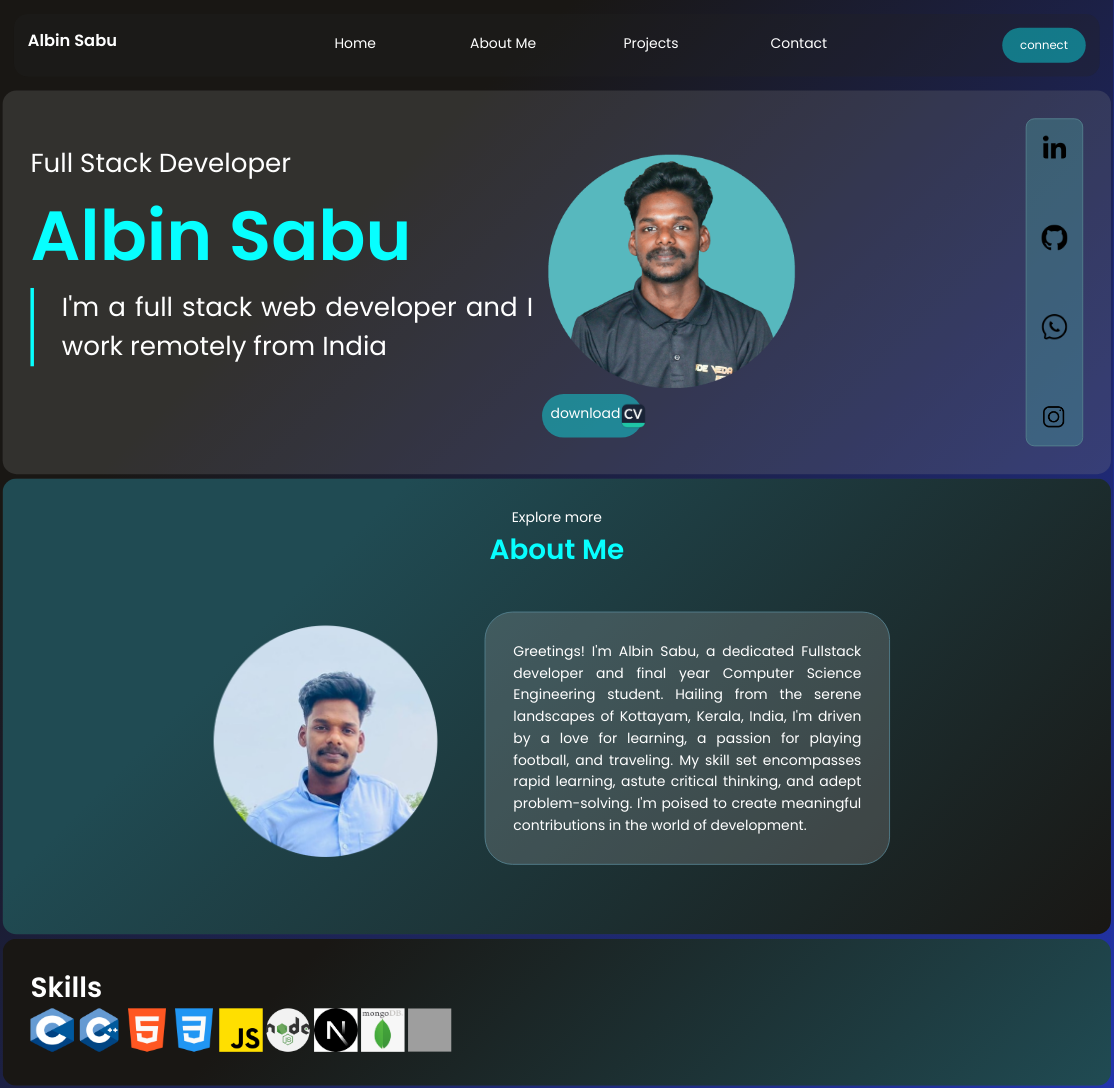
Repository: albinsabu2023/personalwebsite
Page: index.html
The author's editor kept a copy of each file at every save. The page is drawn from the files as they stood at one save, then again after the next save.
The browser window is 1280 px wide. The pictures show the whole page, at 87% of full size.
Pictures or frames that could not be fetched are drawn as grey boxes.

Above is the page before, as saved 2023-09-03 19:42:53.

### index.html
<!DOCTYPE html>
<html lang="en">
<head>
    <meta charset="UTF-8">
    <meta name="viewport" content="width=device-width, initial-scale=1.0">
    <title>Document</title>
    <link rel="stylesheet" href="style.css">
    <link rel="stylesheet" href="media.css">
</head>
<body>
    <nav id="hero">
        <h3 class="title">Albin Sabu</h3>
        <ul>
            <li class><a href="#home">Home</a></li>
            <li><a href="#about">About Me</a></li>
            <li><a href="#project">Projects</a></li>
            <li><a href="#contact">Contact</a> </li>
        </ul>

        <button class="btn-connect">connect</button>
    </nav>
    <nav id="hamburger-nav">
        <div clas="logo"> ALBIN SABU</div>

        <button class="btn-connect">connect</button>
        <div class="hamburger-menu">
            <div class="hamburger-icon" onclick="toggleMenu()">
                <span></span>
                <span></span>
                <span></span>
            </div>

            <div class="menu-links">
                <li class><a href="#home" onclick="toggleMenu()">Home</a></li>
                <li><a href="#about" onclick="toggleMenu()">About Me</a></li>
                <li><a href="#project" onclick="toggleMenu()">Projects</a></li>
                <li><a href="#contact" onclick="toggleMenu()">Contact</a> </li>
            </div>

        </div>




    </nav>
    <div class="portfolio__body">
        <div id="home">

            <div class="profile__text">

                <p>Full Stack Developer</p>
                <h1>Albin Sabu</h1>
                <div class="profile__detail">
                    <span class="line"> </span>
                    <p class="profile__detail__p2">I'm a full stack web developer and I work remotely from India</p>

                </div>

            </div>
            <div class="profile__img">
                <img src="./assets/albin.png" class="profile" alt="profile">
                <div class="cv__btn" onclick="window.open('./assets/ALBIN SABU.pdf')">
                    <p>download</p>
                    <img src="./assets/cv.png" alt="cv" class="cv">
                </div>
            </div>

            <div class="profile__links">
                <img src="./assets/linkedin.png" alt="">
                <img src="./assets/github.png" alt="">
                <img src="./assets/whatsapp.png" alt="">
                <img src="./assets/insta.png" alt="">
            </div>
        </div>
        <div id="about">
            <div class="about__header">
                <p>Explore more</p>
                <h1 class="title">About Me</h1>
            </div>
            <div class="about__container">
                <div class="about__img">
                    <img src="./assets/about-pic.png" alt="">
                </div>
                <div class="about__details">
                    <p>Greetings! I'm Albin Sabu, a dedicated Fullstack developer and final year Computer Science Engineering
                        student. Hailing
                        from the serene landscapes of Kottayam, Kerala, India, I'm driven by a love for learning, a passion for
                        playing
                        football, and traveling. My skill set encompasses rapid learning, astute critical thinking, and adept
                        problem-solving.
                        I'm poised to create meaningful contributions in the world of development.</p>
                </div>
            </div>


        </div>
        <div id="skill">
            <h1 class="title">Skills</h1>
            <div class="skill__container">
                <div class="skill__img">
                    <img src="./assets/c.png" alt="skill">
                    <img src="./assets/cpp.png" alt="skill">
                    <img src="./assets/html.png" alt="skill">
                    <img src="./assets/css-3.png" alt="skill">
                    <img src="./assets/js.png" alt="skill">
                    <img src="./assets/nodejs.png" alt="skill">
                    <img src="./assets/next.png" alt="skill">
                    <img src="./assets/mongodb.png" alt="skill">
                    <img src="./assets/React.png" alt="skill">

                </div>

            </div>

        </div>
    </div>

    <script src="index.js"></script>
</body>
</html>

### style.css
@import url('https://fonts.googleapis.com/css2?family=Poppins:ital,wght@0,300;0,400;0,500;0,600;1,300;1,500;1,600&display=swap');
*{
    margin:0;
    font-family: 'Poppins', sans-serif;

}
body{

    color: white;
    margin-top: 1rem;

    background-color: #2234ae;

    background-image: linear-gradient(315deg, #2234ae 0%, #191714 74%);

}
nav{
    position: sticky;
    z-index: 0;
    display: flex;
    padding: 1rem;
    margin: 1rem;
    background-color: rgba(34, 34, 34, 0.3);
    border-radius: 1rem;
    justify-content: space-between;

}

nav ul{
    list-style-type: none;
    display: flex;
    gap: 2rem;
    justify-content: space-between;



}


nav ul li{
    padding: 5px;
    border-radius: 1rem;
    text-align: center;
    width: 8rem;



}
nav ul li a{
    text-decoration: none;
    color: white;
}
nav ul li a:hover{
    color: rgb(7, 255, 255);
}

.btn-connect{
    background: rgb(7, 255, 255,0.4);
    border: none;
    color: white;
    padding: 10px;
    border-radius: 3rem;
    width: 6rem;

}
.btn-connect:hover{
    background: rgb(7, 255, 255, 0.6);
}

#home{

    padding: 2rem;
    /* border: #56828f 1px solid; */
    border-radius: 1rem;
    display: flex;
    margin: 3px;
    background: rgba(128, 128, 128, 0.24);
}

.line{
    border: rgb(7, 255, 255) 2px solid;

}
.profile__text{
    width: 50vw;
    object-fit: contain;
    text-align: justify;
    margin-top: 30px;
}
.profile__text p{
    font-size:30px ;
}
.profile__text h1{
    color: rgb(7, 255, 255);
    font-size:80px ;

}
.profile__detail{
    display: flex;
    flex-direction: col;
    gap: 2rem;

}
.profile__detail p{
    font-size: 30px;
}
.profile__img{
    width: 50%;
    align-items: center ;
    padding: 10px;
}
.profile__img img{
    height: 300px;
    width: 300px;
    position: relative;
}

.profile__links{

    align-items: center;
    justify-content: space-between;
    padding: 1rem;
    border-radius: 10px;
    display: flex;
    flex-direction: column;
    border: #56828f 1px solid;
    background:rgba(74, 153, 153, 0.4);

}

.cv__btn{
    display: flex;
}
.profile__img .cv__btn{
    background: rgb(7, 255, 255, 0.4);
        border: none;
        color: white;
        padding: 10px;
        border-radius: 3rem;
        width: 6rem;

}
.profile__img .cv__btn:hover{
    background: rgba(75, 243, 243, 0.7);
}
.profile__img .cv__btn img{
    width: 30px;
    height: 30px;
}
.profile__links img{
    height: 30px;
    width: 30px;
    display: flex;
    border-radius: 10px;
    padding: 1px;


}
#hamburger-nav {
    display: none;
    align-items: center;
}

.hamburger-menu {
    position: relative;
    display: inline-block;
}

.hamburger-icon {
    display: flex;
    flex-direction: column;
    justify-content: space-between;
    height: 24px;
    width: 30px;
    cursor: pointer;
}

.hamburger-icon span {
    width: 100%;
    height: 2px;
    background-color: rgb(255, 255, 255);
    transition: all 0.3 ease-in-out;
}

.menu-links {
    position: absolute;
    top: 100%;
    right: 0%;
    width: fit-content;
    max-height: 0;
    overflow: hidden;
    transition: all 0.3 ease-in-out;
}

.menu-links {
    display: block;

    text-align: center;
    font-size: 1.5rem;
    color: rgb(248, 243, 243);
    text-decoration: none;
    transform: all 0.3 ease-in-out;
    background: rgba(172, 172, 172, 0.24);
    border-radius: 1rem;
}

.menu-links li  {
    list-style-type: none;

}



.menu-links li a{
    text-decoration: none;
    color: white;

}

.menu-links.open {
    max-height: 300px;
}

.hamburger-icon.open span:first-child {
    transform: rotate(45deg) translate(10px, 5px);
}

.hamburger-icon.open span:nth-child(2) {
    opacity: 0;
}

.hamburger-icon.open span:last-child {
    transform: rotate(-45deg) translate(10px, -5px);
}

.hamburger-icon span:first-child {
    transform: none;
}

.hamburger-icon span:first-child {
    opacity: 1;
}

.hamburger-icon span:first-child {
    transform: none;
}


#about{
    margin: 3px;
    margin-top: 5px;
    padding: 2rem;
    /* border: #56828f 1px solid; */
    border-radius: 1rem;
    display: flex;
    flex-direction: column;
    background: rgba(128, 128, 128, 0.24);
    background-image: linear-gradient(315deg,  #191714 0%,#204b53 74%);
    background-repeat:none ;
    background-size: cover;
}
.about__header{
    display: flex;
    flex-direction: column;
    align-items: center;
    justify-content: center;
}
.about__header h1{
    color: rgb(7, 255, 255);
}
.about__container{
    padding: 1rem;
    display: flex;
    align-items: center;
   justify-content: center;

}
.about__container img {
        width: 300px;
        height: 280px;
        border-radius: 1rem;
        margin: 0;

}


.about__details{
    text-align: justify;
     padding:2rem ;
    max-width: 400px;
    background: rgba(172, 172, 172, 0.24);
    border-radius:2rem ;
    border: #56828f 1px solid;
    margin: 2rem;
}
 .about__container img {

     border-radius: 1rem;

 }
 #skill{
    margin: 3px;
    margin-top: 5px;
    padding: 2rem;
        /* border: #56828f 1px solid; */
    border-radius: 1rem;
    display: flex;
    flex-direction: column;
    background: rgba(128, 128, 128, 0.24);
    background-image: linear-gradient(315deg,#204b53  0%, #191714 74%);
    background-repeat: none;
    background-size: cover;
 }
 .skill__container{
    display: flex;
    flex: wrap;
 }
 .skill__img img{
    width: 50px;
    height: 50px;
 }

### media.css
@media  screen and (max-width:600px) {
    body{
        background-size:cover;
    }

    #hero{
        display: none;
    }
    nav ul{
        flex-direction: column;
        display: none;


    }
    #home{
        margin: 4px;
        flex-direction: column;
        justify-content: center;


    }

    #hamburger-nav {
         display: flex;

    }

    .profile__text{
        width:80vw;
    }
    .profile__text p{
        font-size: small;
    }
    .profile__text h1{
        font-size: 60px;
    }

    .profile__img .cv__btn img{
    width: 30px;
    height: 30px;

    top: 36rem;
    }
    .profile__img .cv__btn:hover {
        background: none;
    }

    .profile__img img{
        padding: 3rem;
       width: 200px;
       height: 200px;
    }
    .profile__links{
        display: flex;
        flex-direction: row;
    }

        .profile__img .cv__btn p {
            display: none;

        }
        .profile__img .cv__btn{
            background: none;
        }
        .about__container{
            flex-direction: column;
        }
        .about__container img{
            width: 200px;
            height: 180px;
            border-radius: 1rem;
            margin: 0;
        }

        .about__details{
            width: 100%;
        }

        .about__details p {
            font-size: small;

        }


}

@media screen and (max-width:1200px){
    #home {
            margin: 4px;
            flex-direction: column;

        }
        .profile__links {
            display: flex;
            flex-direction: row;
        }

}
@media screen and (max-width:400px) {
    #home {
        margin: 4px;
        flex-direction: column;

    }

    .profile__links {
        display: flex;
        flex-direction: row;
        margin: 1rem;
    }
        .profile__img img {
            align-items: center;
        }
    .profile__img .cv__btn img {
        width: 30px;
        height: 30px;
        position: absolute;
        top: 36rem;
    }
    .profile__img .cv__btn p{
        display: none;
    }

}

Loaded but not shown: index.js (common file)

After the next save:
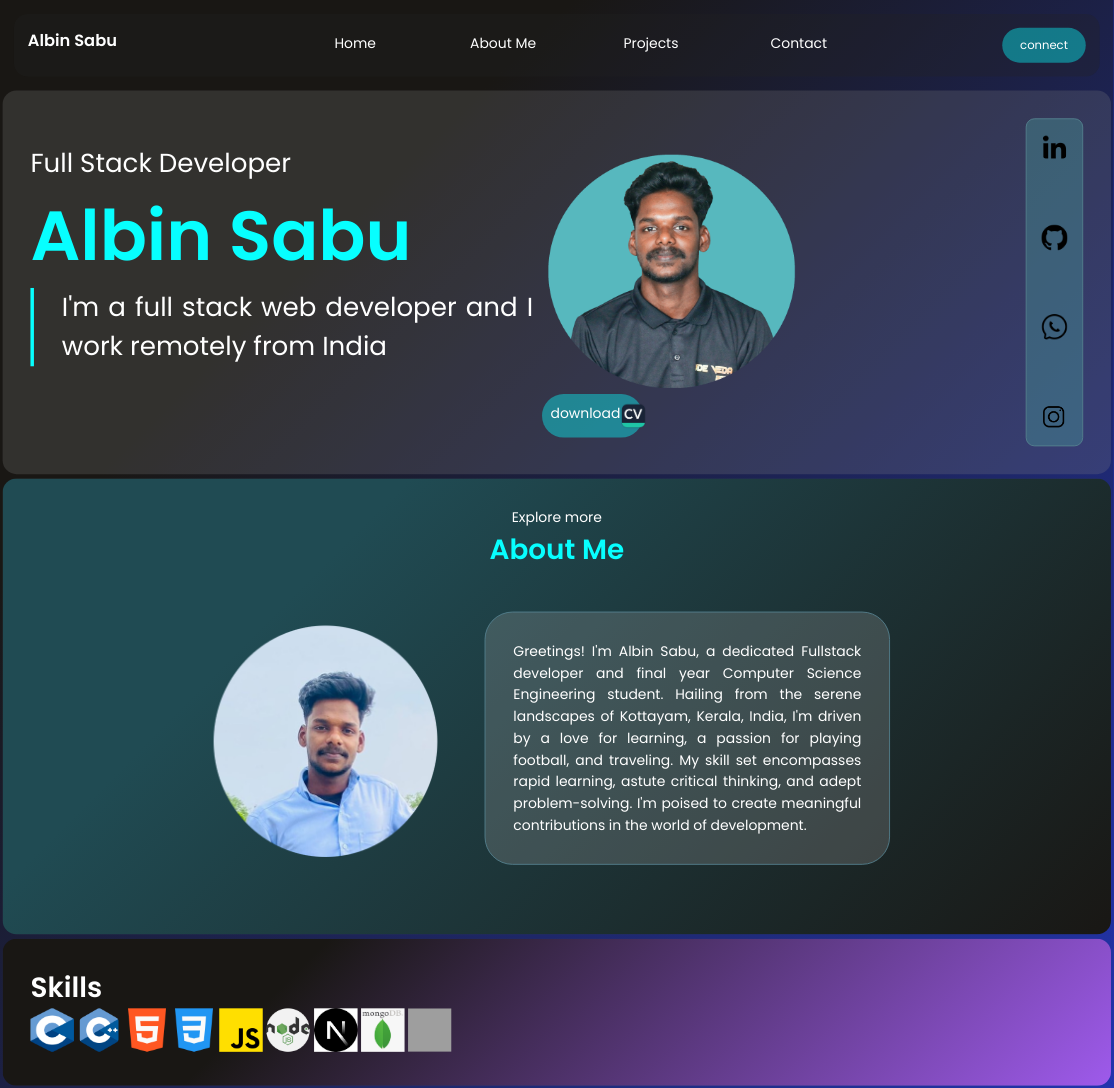
Saved 30 s later.
--- a/style.css
+++ b/style.css
@@ -307,7 +307,7 @@
     display: flex;
     flex-direction: column;
     background: rgba(128, 128, 128, 0.24);
-    background-image: linear-gradient(315deg,#204b53  0%, #191714 74%);
+    background-image: linear-gradient(315deg,#9e5aeb  0%, #191714 74%);
     background-repeat: none;
     background-size: cover;
  }
